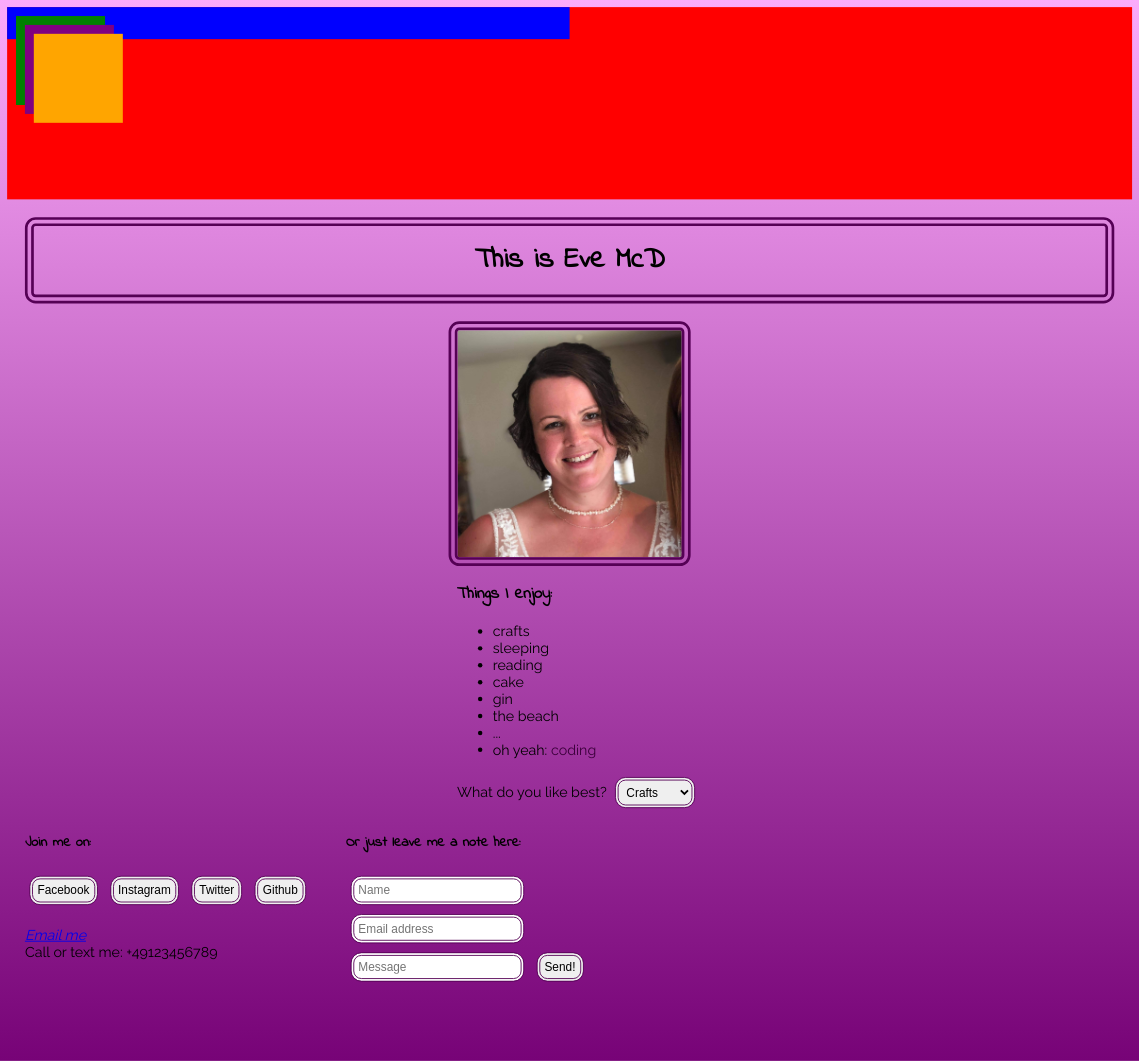
Repository: evemcd/Strive-Ignite-W1
Page: index.html
An editor plug-in stored every save of this project. The page is shown before and after the next save, followed by the edit.
The browser window is 1280 px wide. The pictures show the whole page, at 89% of full size.

Above is the page before, as saved 2021-01-17 20:20:03.

After the next save:
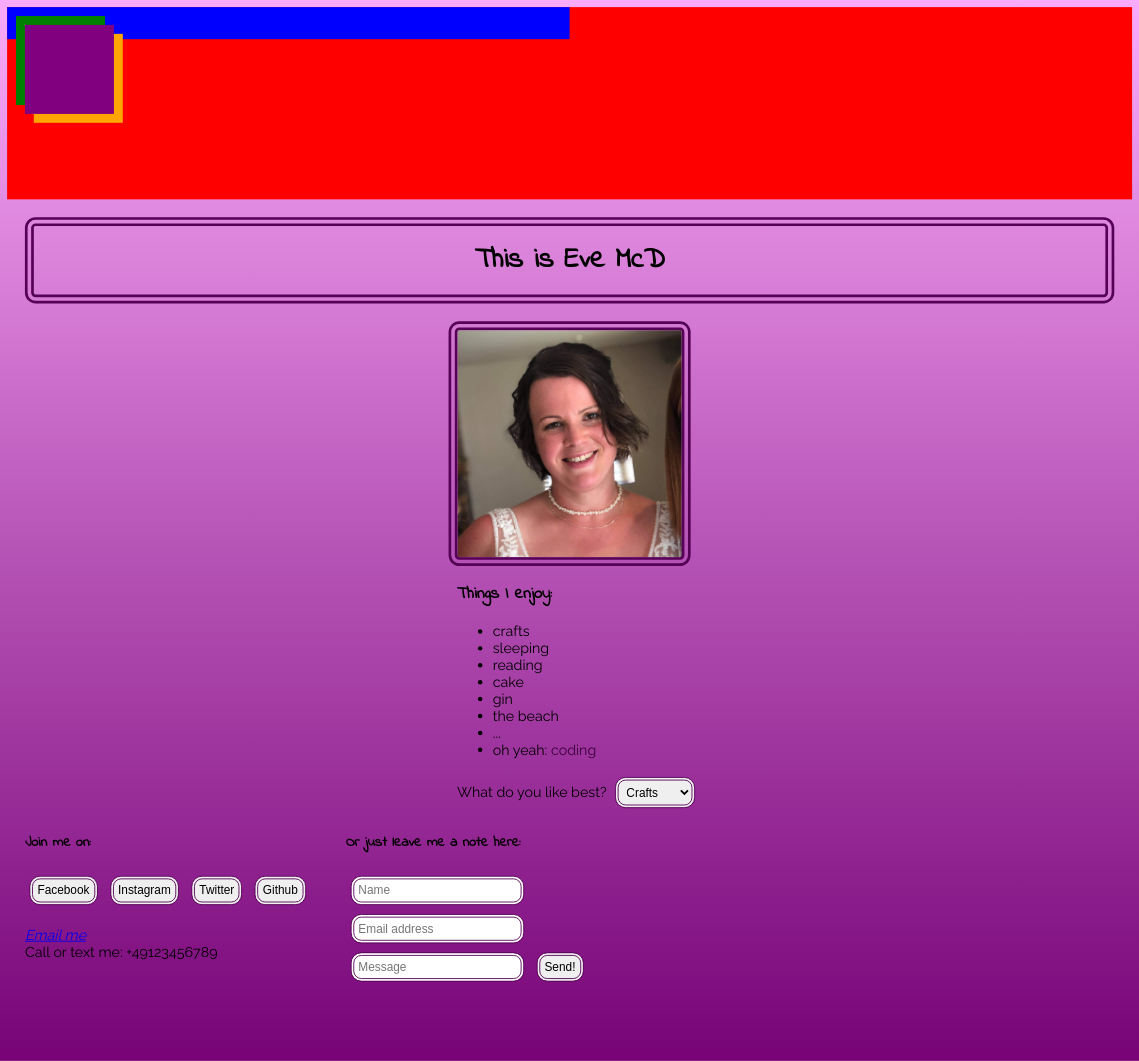
Saved 45 s later.
--- a/styles.css
+++ b/styles.css
@@ -57,7 +57,7 @@ background-color: green;
 position: absolute;
 top: 10px;
 left: 10px;
-z-index: 1;
+z-index: 2;
 }
 
 .box2 {
@@ -67,7 +67,7 @@ z-index: 1;
     position: absolute;
     top: 20px;
     left: 20px;
-    z-index: 2;
+    z-index: 3;
     }
 
     .box3 {
@@ -77,7 +77,7 @@ z-index: 1;
         position: absolute;
         top: 30px;
         left: 30px;
-        z-index: 3;
+        z-index: 1;
         }
 
 .header__title {
